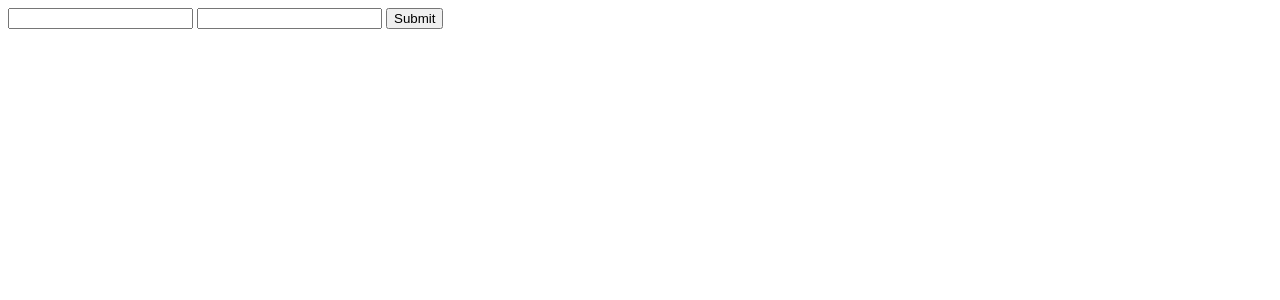
Repository: felixkrautschuk/JavaEE-Tutorial
Page: http://localhost/ServletJSPTomcat8/
These files come from the project's save history. The page is drawn as it stood at one moment and after the next save; the edit follows.
The browser window is 1280 px wide. The pictures show the whole page.
The page is served by Tomcat 9.

Above is the page before, as saved 2014-10-06 13:11:37.

After the next save:
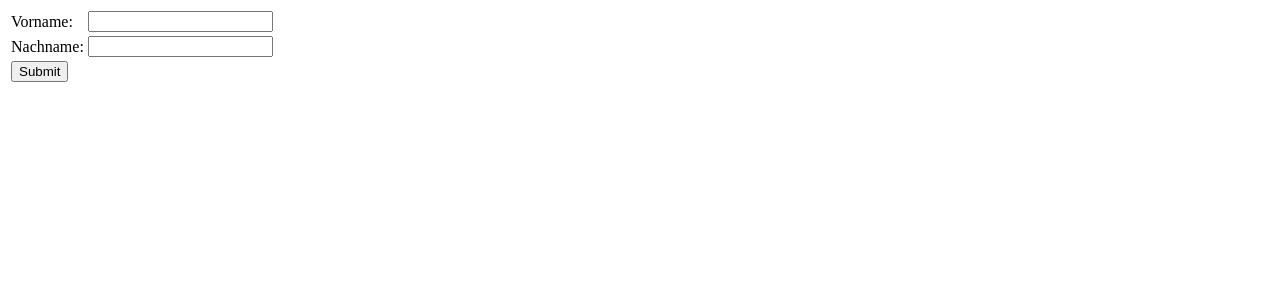
Saved 20 s later.
--- a/Servlet/ServletJSPTomcat8/WebContent/index.jsp
+++ b/Servlet/ServletJSPTomcat8/WebContent/index.jsp
@@ -9,9 +9,29 @@
 </head>
 <body>
 	<form action="" method="post">
-		<input type="text" name="firstname"></input>
-		<input type="text" name="lastname"></input>
-		<input type="submit" value="Submit"></input>
+		<table border="0">
+			<tr>
+				<td>
+					Vorname:
+				</td>
+				<td>
+					<input type="text" name="firstname"></input>
+				</td>
+			</tr>
+			<tr>
+				<td>
+					Nachname:
+				</td>
+				<td>
+					<input type="text" name="lastname"></input>
+				</td>
+			</tr>
+			<tr>
+				<td colspan="2">
+					<input type="submit" value="Submit"></input>
+				</td>
+			</tr>
+		</table>
 	</form>
 </body>
 </html>
